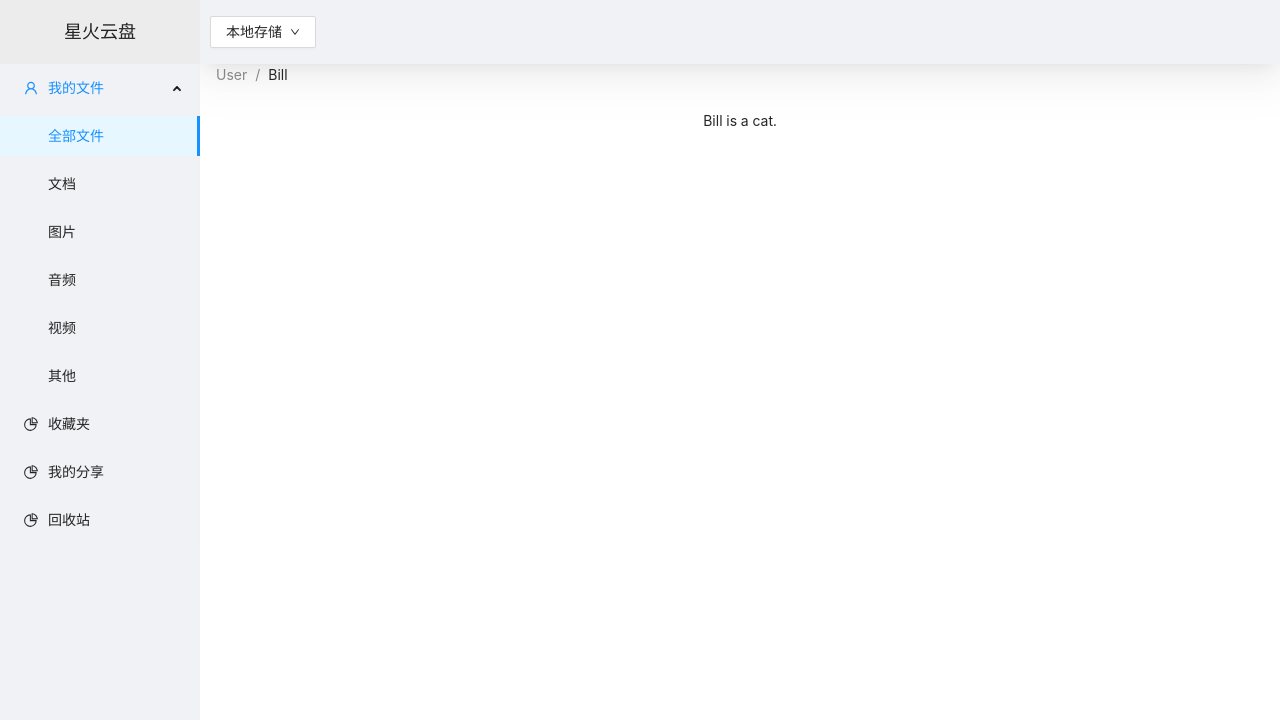
Repository: xstnet/starfire-cloud-fe
Page: /
The author's editor kept a copy of each file at every save. The page is drawn from the files as they stood at one save, then again after the next save.
The browser window is 1280 px wide. The pictures show the whole page.
The project was rebuilt for these pictures with package versions that can differ from the ones it lists, and the page was loaded fresh each time. Also part of the build but not shown: craco.config.js.

Above is the page before, as saved 2021-09-12 22:02:17.

### src/index.js
import React from 'react';
import ReactDOM from 'react-dom';
import './index.css';
import App from './App';
import reportWebVitals from './reportWebVitals';

// ReactDOM.render(
//   <React.StrictMode>
//     <App />
//   </React.StrictMode>,
//   document.getElementById('root')
// );

ReactDOM.render(
  <App />,
  document.getElementById('root')
);

// If you want to start measuring performance in your app, pass a function
// to log results (for example: reportWebVitals(console.log))
// or send to an analytics endpoint. Learn more: https://bit.ly/CRA-vitals
reportWebVitals();

### src/App.js
import React from 'react';
// import { Button } from 'antd';
import './App.css';
import MainLayout from './page/layout/main'

const App = () => (
  <div className="App">
    <MainLayout></MainLayout>
  </div>
);

export default App;

### src/page/layout/main.jsx
import React from 'react';
import { Layout, Menu, Breadcrumb,Dropdown,Button,message } from 'antd';
import {
  PieChartOutlined,
  UserOutlined,
  DownOutlined,
} from '@ant-design/icons';
import './main.less';

const { Header, Content, Sider } = Layout;
const { SubMenu } = Menu;

const menu = (
    <Menu >
      <Menu.Item key="1">
        本地存储
      </Menu.Item>
      <Menu.Item key="2">
        阿里云OSS
      </Menu.Item>
      <Menu.Item key="3">
        腾讯云OSS
      </Menu.Item>
    </Menu>
  );

class MainLayout extends React.Component {
  state = {
    collapsed: false,
  };


  render() {
    const { collapsed } = this.state;
    return (
      <Layout className="main" style={{ minHeight: '100vh' }}>
        <Sider className="side-left" theme="light" >
          <div className="logo">
              星火云盘
          </div>
          <Menu defaultSelectedKeys={['all']} defaultOpenKeys={["my-file"]} mode="inline">
            <SubMenu key="my-file" icon={<UserOutlined />} title="我的文件">
              <Menu.Item key="all">全部文件</Menu.Item>
              <Menu.Item key="doc">文档</Menu.Item>
              <Menu.Item key="imgage">图片</Menu.Item>
              <Menu.Item key="audio">音频</Menu.Item>
              <Menu.Item key="video">视频</Menu.Item>
              <Menu.Item key="other">其他</Menu.Item>
            </SubMenu>
            <Menu.Item key="favorite" icon={<PieChartOutlined />}>
              收藏夹
            </Menu.Item>
            <Menu.Item key="share" icon={<PieChartOutlined />}>
              我的分享
            </Menu.Item>
            <Menu.Item key="recycle" icon={<PieChartOutlined />}>
              回收站
            </Menu.Item>
          </Menu>
        </Sider>
        <Layout className="side-right">
          <Header className="header">
            <Dropdown overlay={menu}>
                <Button>
                    本地存储 <DownOutlined />
                </Button>
            </Dropdown>
          </Header>
          <Breadcrumb className="bread-crumb">
              <Breadcrumb.Item>User</Breadcrumb.Item>
              <Breadcrumb.Item>Bill</Breadcrumb.Item>
          </Breadcrumb>
          <Content className="content">
            <div  style={{ padding: 24, minHeight: 360 }}>
              Bill is a cat.
            </div>
          </Content>
        </Layout>
      </Layout>
    );
  }
}

export default MainLayout;

### src/page/layout/main.less
@import '~antd/lib/style/themes/default.less';

@sideColor : #f0f2f5;


  .main {
    .side-left {
      background: @sideColor;

      .logo {
        height: 64px;
        line-height: 64px;
        text-align: center;
        font-size: 18px;
        background-color: #ececec;
      }

      .ant-menu {
        background-color: @sideColor;
      }
    }

    .side-right {
      background-color: white;

      .header {
        background: @sideColor;
        padding: 0 10px;
        box-shadow: @shadow-1-down;
        text-align: left;
      }

      .content {
        margin: 0 16px;
      }

      .bread-crumb {
        margin: 0 16px;
      }
    }
  }

Loaded but not shown: public/index.html (common file); src/index.css (common file); src/reportWebVitals.js (common file); src/App.css (common file)

After the next save:
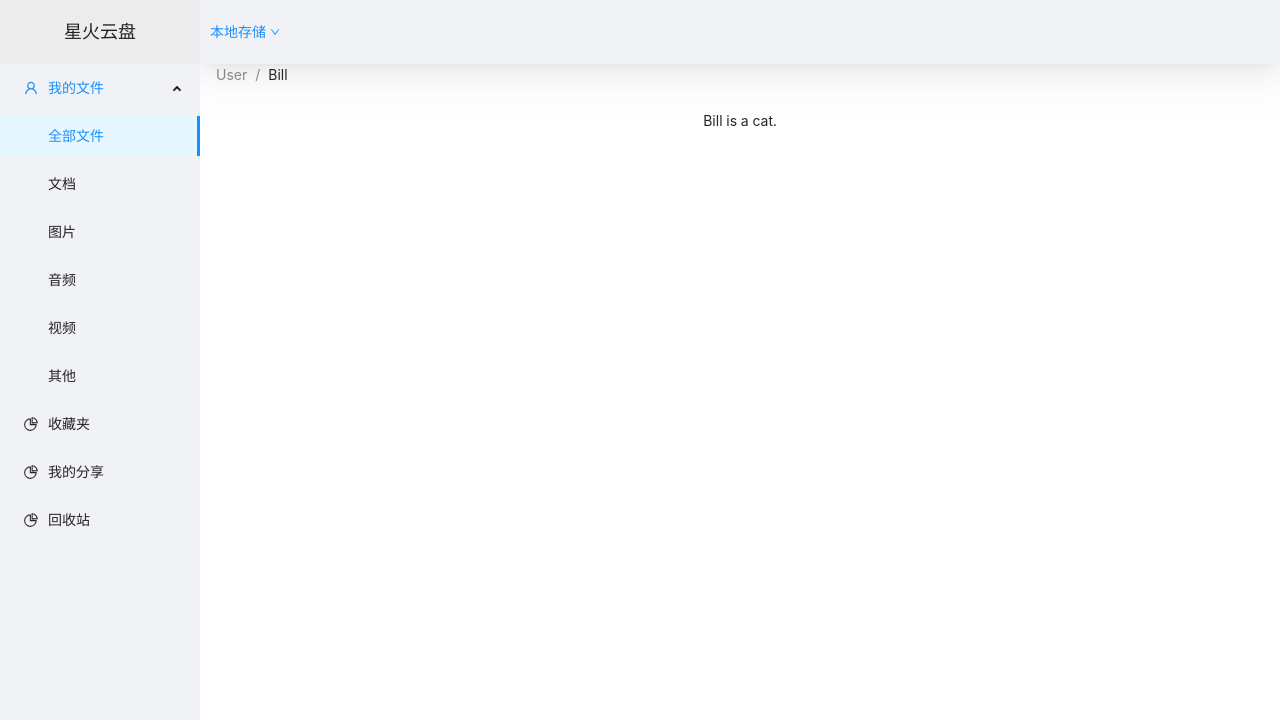
Saved 2 min 22 s later.
--- a/src/page/layout/main.jsx
+++ b/src/page/layout/main.jsx
@@ -61,9 +61,9 @@ class MainLayout extends React.Component {
         <Layout className="side-right">
           <Header className="header">
             <Dropdown overlay={menu}>
-                <Button>
-                    本地存储 <DownOutlined />
-                </Button>
+                <a className="ant-dropdown-link" onClick={e => e.preventDefault()}>
+                本地存储 <DownOutlined />
+                </a>
             </Dropdown>
           </Header>
           <Breadcrumb className="bread-crumb">
